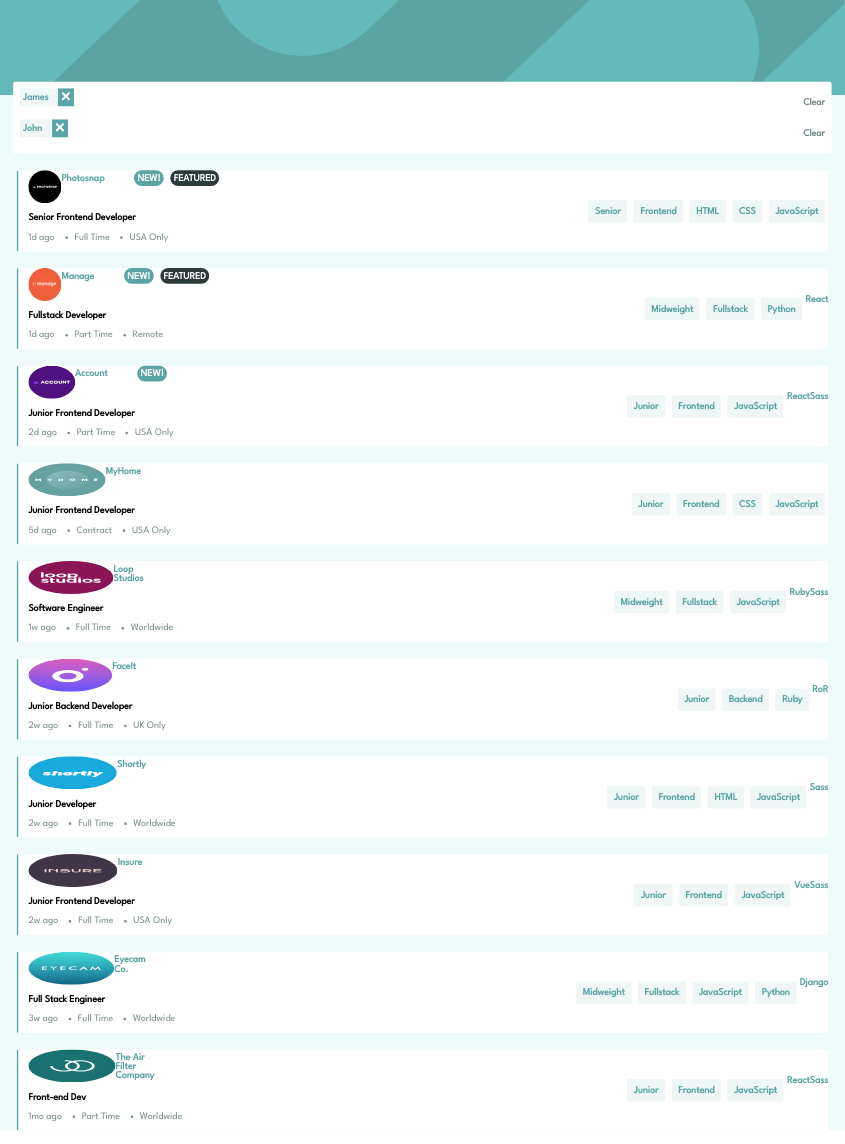
Repository: DevLaukey/job-listing
Page: /
These files come from the project's save history. The page is drawn as it stood at one moment and after the next save; the edit follows.
The browser window is 1280 px wide. The pictures show the whole page, at 66% of full size.
Some web fonts or font styles are not loaded; a fallback is used. The project was rebuilt for these pictures with package versions that can differ from the ones it lists, and the page was loaded fresh each time.

Above is the page before, as saved 2022-06-05 23:19:11.

After the next save:
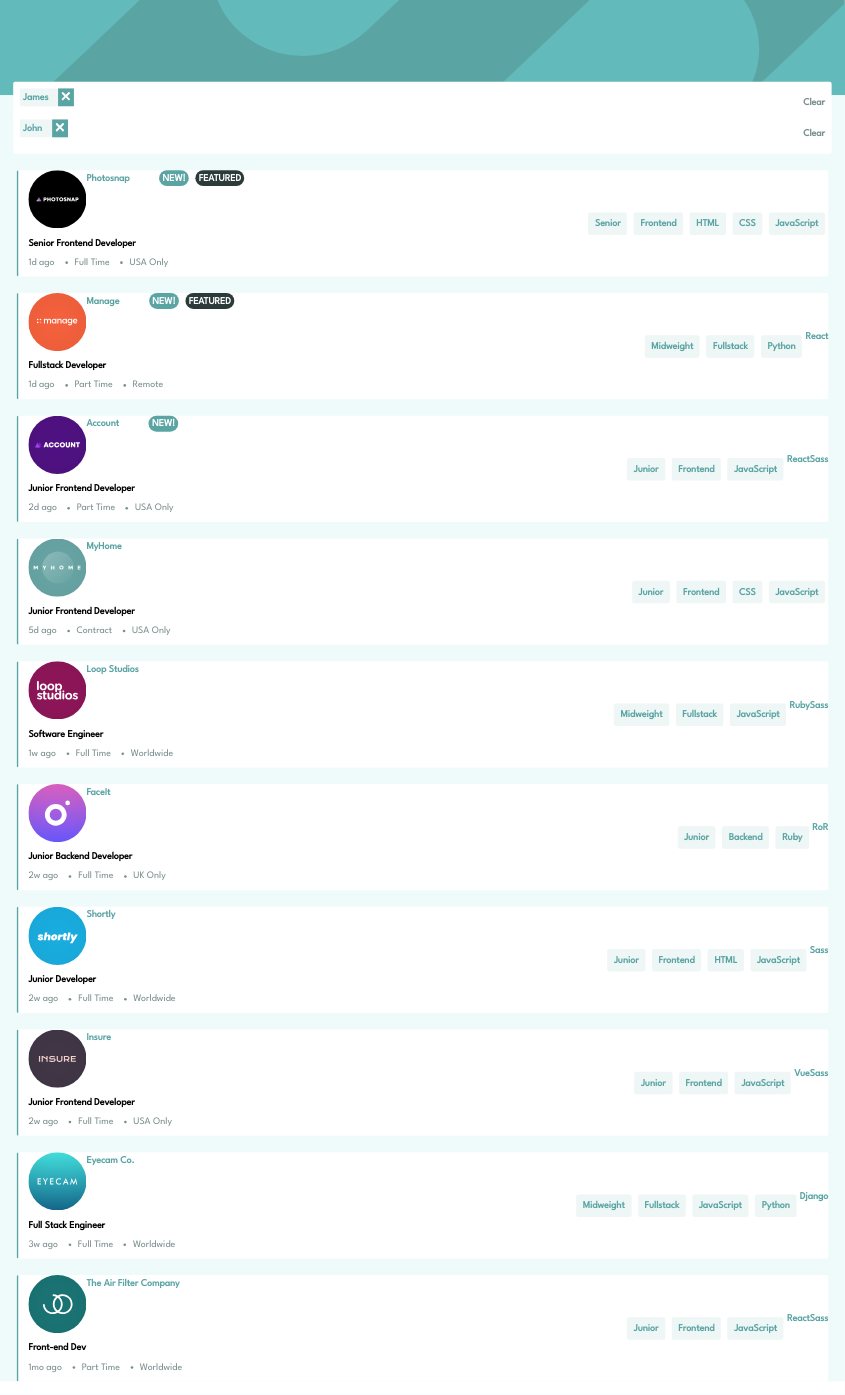
Saved 20 s later.
--- a/src/components/styles.css
+++ b/src/components/styles.css
@@ -124,6 +124,5 @@
   display: flex;
 }.image{
   margin: 0;
-  width: 100%;
+height: 100%;}
 }
-}
